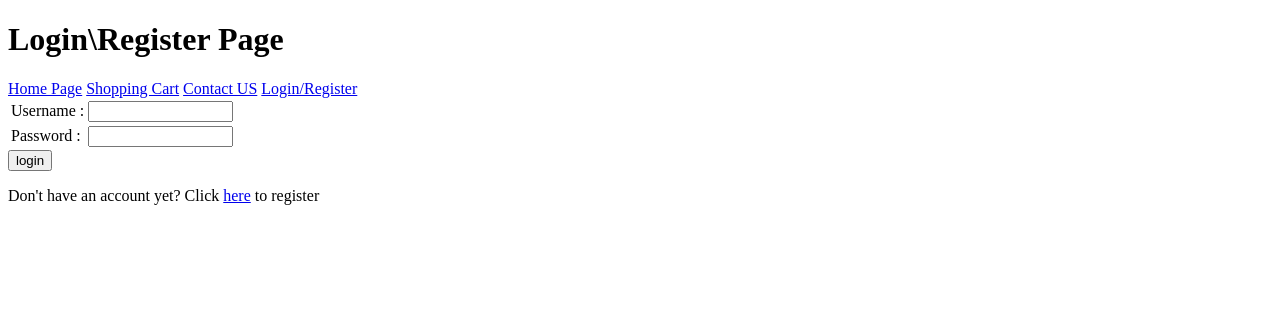
Repository: IosifDobos/Beatrice-Boutique
Page: BeatriceBoutique/Java/WorkSpace/BeatriceBoutique/WebContent/login.html
These files come from the project's save history. The page is drawn as it stood at one moment and after the next save; the edit follows.
The browser window is 1280 px wide. The pictures show the whole page.

Above is the page before, as saved 2018-11-29 21:44:26.

### BeatriceBoutique/Java/WorkSpace/BeatriceBoutique/WebContent/login.html
<!DOCTYPE html PUBLIC "-//W3C//DTD HTML 4.01 Transitional//EN" "http://www.w3.org/TR/html4/loose.dtd">

<html>

<head>
<meta http-equiv="Content-Type" content="text/html; charset=ISO-8859-1">
<title>Login Page</title>
</head>

<body>

	<h1>Login\Register Page</h1>

	<a href="homePage.html">Home Page</a>
	<a href="viewShoppingCart.html">Shopping Cart</a>
	<a href="contact.html">Contact US</a>
	<a href="login.html">Login/Register</a>

            <form action="FrontController" method="post">
                <table>
                    <tr>
                        <td> Username  : </td><td> <input name="username" size=15 type="text" /> </td>
                    </tr>
                    <tr>
                        <td> Password  : </td><td> <input name="password" size=15 type="password" /> </td>
                    </tr>
                </table>

                <input type="hidden" name="action" value="LoginUser" />
                <input type="submit" value="login" />
            </form>

            <p>Don't have an account yet? Click <a href="register.html">here</a> to register</p>

</body>
</html>

After the next save:
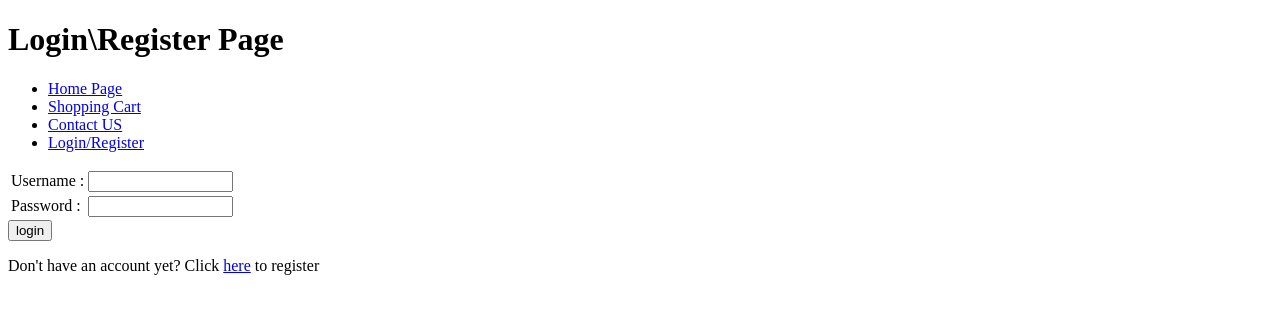
Saved 7 min 12 s later.
--- a/BeatriceBoutique/Java/WorkSpace/BeatriceBoutique/WebContent/login.html
+++ b/BeatriceBoutique/Java/WorkSpace/BeatriceBoutique/WebContent/login.html
@@ -11,10 +11,12 @@
 
 	<h1>Login\Register Page</h1>
 
-	<a href="homePage.html">Home Page</a>
-	<a href="viewShoppingCart.html">Shopping Cart</a>
-	<a href="contact.html">Contact US</a>
-	<a href="login.html">Login/Register</a>
+	<ul>
+		<li><a href="homePage.html">Home Page</a></li>
+		<li><a href="viewShoppingCart.html">Shopping Cart</a></li>
+		<li><a href="contact.html">Contact US</a></li>
+		<li><a href="login.html">Login/Register</a></li>
+	</ul>
 
             <form action="FrontController" method="post">
                 <table>
